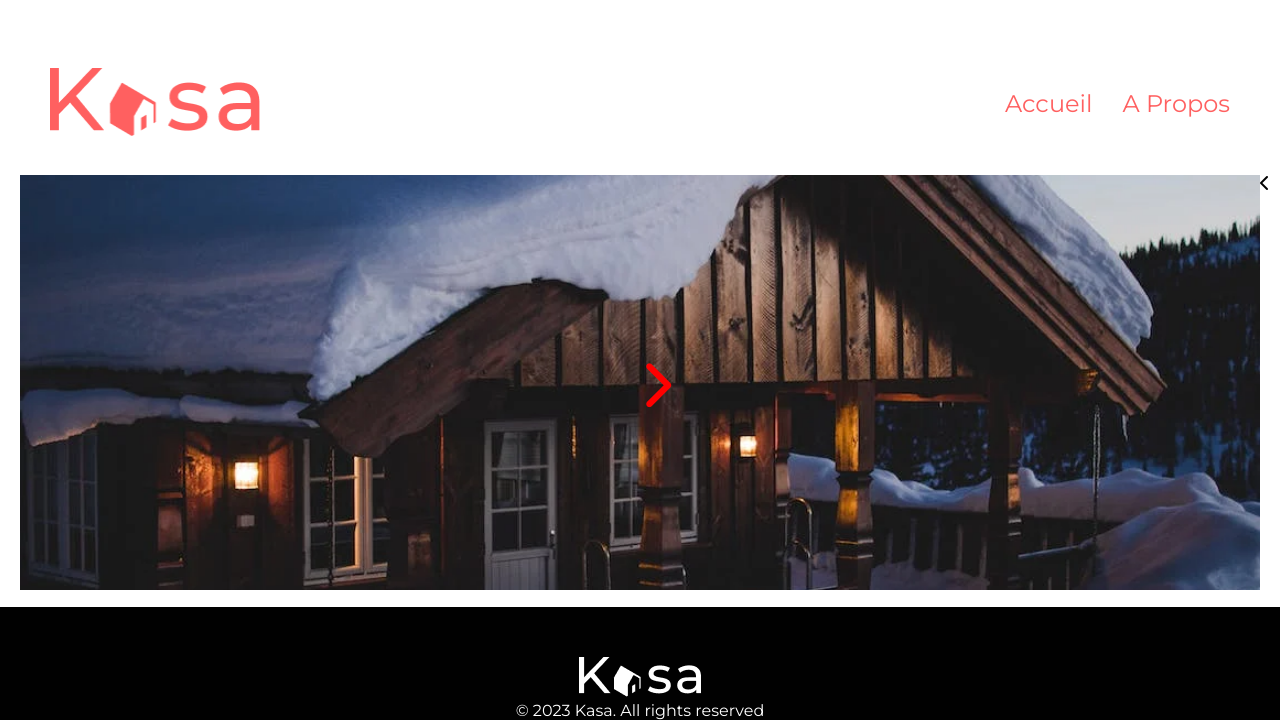
Repository: Ascaris29/Kasa_oc
Page: /essai (app in kasa_project/)
An editor plug-in stored every save of this project. The page is shown before and after the next save, followed by the edit.
The browser window is 1280 px wide. The pictures show the whole page.
Some web libraries are served in a nearby version. The project was rebuilt for these pictures with package versions that can differ from the ones it lists, and the page was loaded fresh each time. Also part of the build but not shown: kasa_project/src/pages/homepage/Homepage.module.scss, kasa_project/src/pages/homepage/components/CardLogement.module.scss, kasa_project/src/pages/homepage/components/CardLogement.js, kasa_project/src/pages/homepage/Homepage.js, kasa_project/src/pages/404/404.module.scss, kasa_project/src/pages/404/404.js, kasa_project/src/pages/a_propos/APropos.module.scss, kasa_project/src/pages/a_propos/components/CardDescription.module.scss and 6 more.

Above is the page before, as saved 2023-03-16 16:04:47.

After the next save:
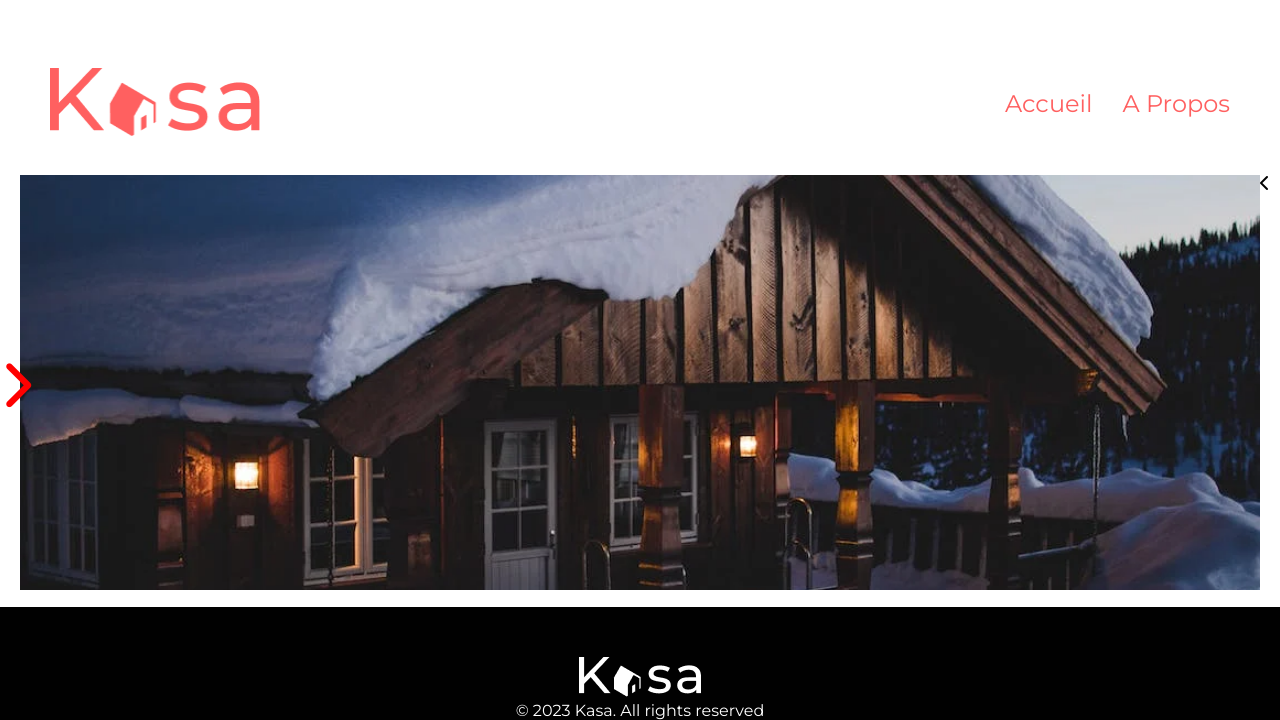
Saved 8 s later.
--- a/kasa_project/src/pages/logement/components/caroussel/Caroussel.module.scss
+++ b/kasa_project/src/pages/logement/components/caroussel/Caroussel.module.scss
@@ -12,7 +12,7 @@
     .chevronRight{
         position:absolute;
         top:50%;
-        left:50%;
+        left:0;
         font-size:50px;
         color:red;
     }
